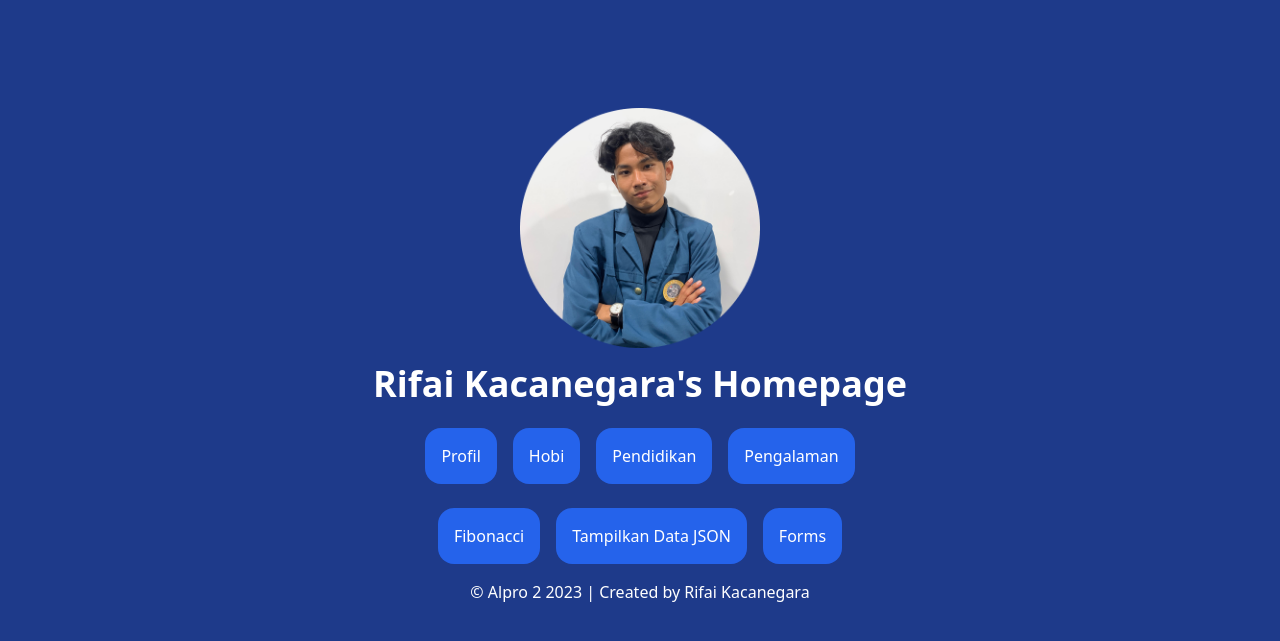
Repository: RifaiKN/flask-week10
Page: http://localhost/
An editor plug-in stored every save of this project. The page is shown before and after the next save, followed by the edit.
The browser window is 1280 px wide. The pictures show the whole page.
The page is served by the project's application, run on Flask 3 (app.py).

Above is the page before, as saved 2023-11-17 22:30:42.

After the next save:
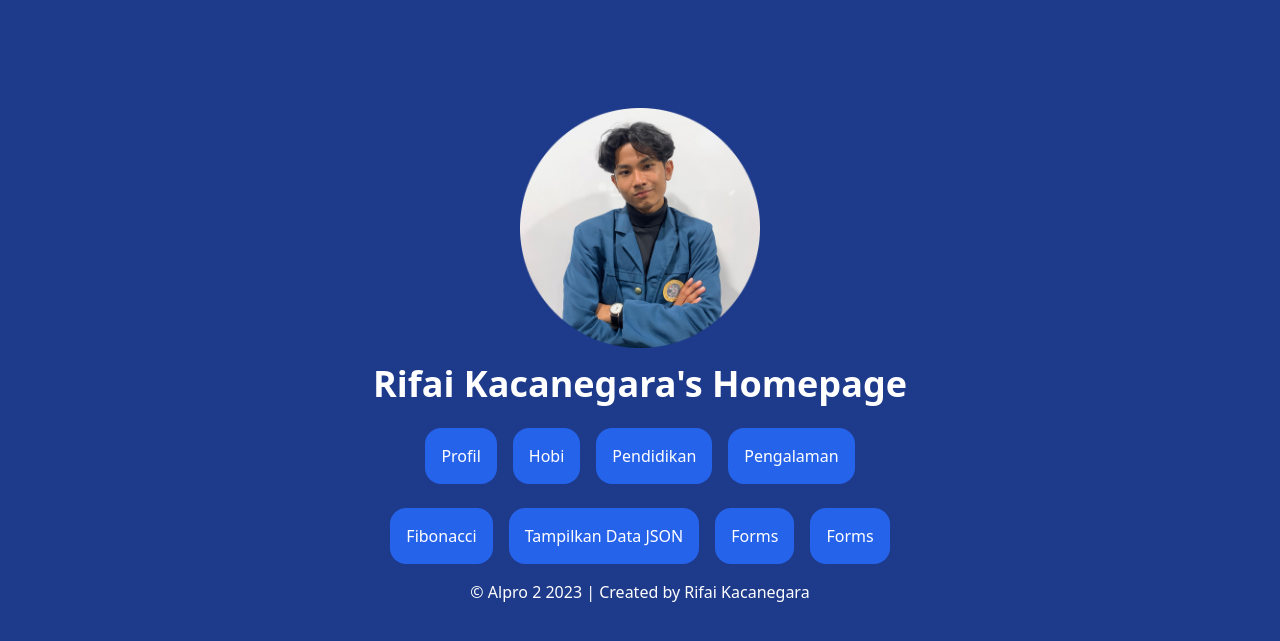
Saved 40 s later.
--- a/templates/home.html
+++ b/templates/home.html
@@ -24,7 +24,8 @@
     <div class="flex mt-2">
         <a href="/fibonacci" class="m-2 p-4 bg-blue-600 hover:bg-blue-700 rounded-2xl">Fibonacci</a>
         <a href="/getjson" class="m-2 p-4 bg-blue-600 hover:bg-blue-700 rounded-2xl">Tampilkan Data JSON</a>
-        <a href="/forms" class="m-2 p-4 bg-blue-600 hover:bg-blue-700 rounded-2xl">Forms</a>
+        <a href="/form" class="m-2 p-4 bg-blue-600 hover:bg-blue-700 rounded-2xl">Forms</a>
+        <a href="/hasilform" class="m-2 p-4 bg-blue-600 hover:bg-blue-700 rounded-2xl">Forms</a>
     </div>
 </body>
 <footer class="bg-blue text-light text-center py-2">
